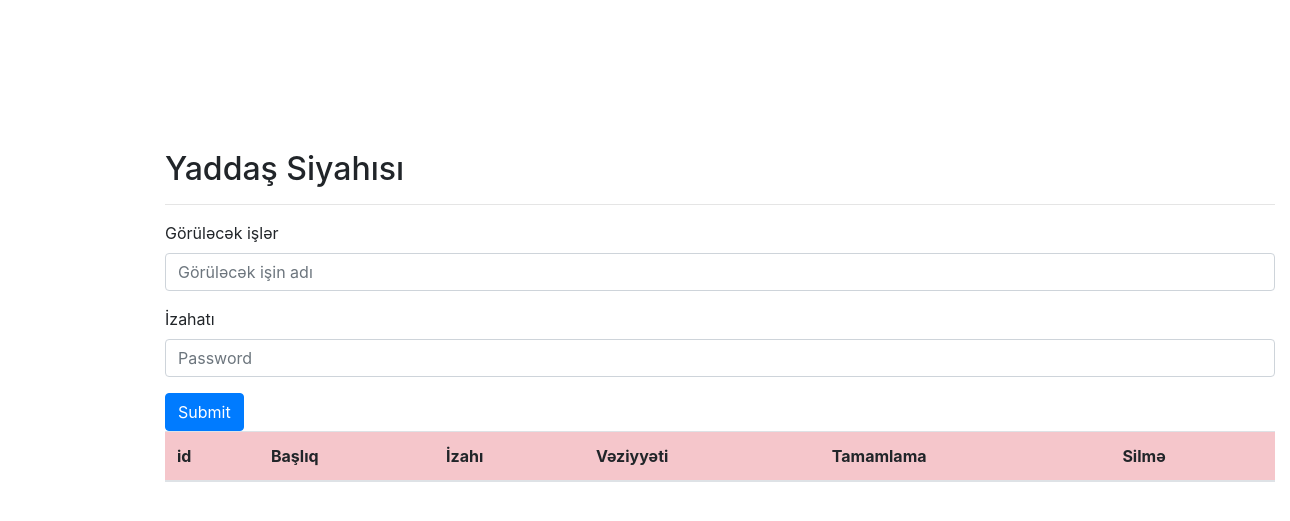
Repository: elvinyeka/ToDoApp
Page: http://localhost/
An editor plug-in stored every save of this project. The page is shown before and after the next save, followed by the edit.
The browser window is 1280 px wide. The page is 1290 px wide, so the pictures cover 1290 px, including what lies to the right of the window. The pictures show the whole page.
Some web libraries are served in a nearby version. The page is served by the project's application, run on Flask 3 (todo.py).

Above is the page before, as saved 2020-09-27 20:04:28.

After the next save:
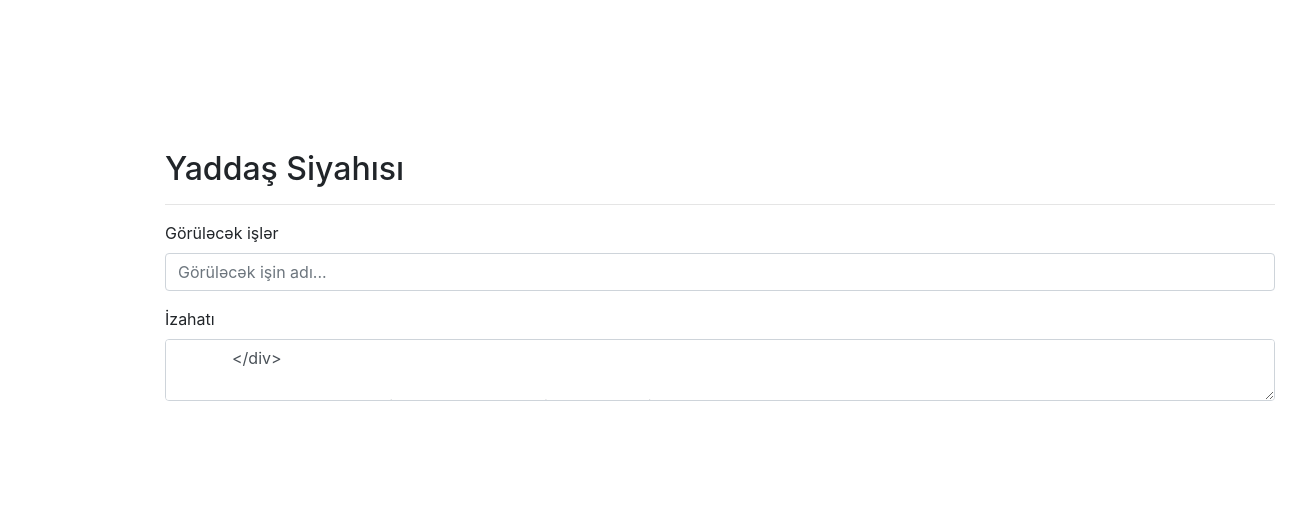
Saved 118 s later.
--- a/templates/index.html
+++ b/templates/index.html
@@ -15,11 +15,11 @@
         <form action="/add" method="POST">
             <div class="form-group">
                 <label for="todolist">Görüləcək işlər</label>
-                <input type="text" name="title" class="form-control" id="todolist" placeholder="Görüləcək işin adı">
+                <input type="text" name="title" class="form-control" id="todolist" placeholder="Görüləcək işin adı...">
             </div>
             <div class="form-group">
-                <label for="exampleInputPassword1">İzahatı</label>
-                <input type="password" class="form-control" id="exampleInputPassword1" placeholder="Password">
+                <label for="explanation">İzahatı</label>
+                <textarea type="text" name="content" class="form-control" id="explanation" placeholder="İzah verin...">
             </div>
 
             <button type="submit" class="btn btn-primary">Submit</button>
